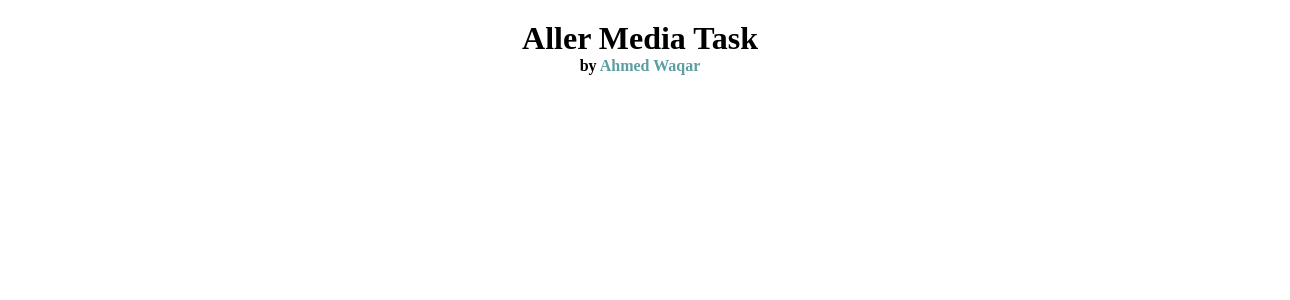
Repository: waqarmalyk/Back-to-front
Page: /
The author's editor kept a copy of each file at every save. The page is drawn from the files as they stood at one save, then again after the next save.
The browser window is 1280 px wide. The page is 1290 px wide, so the pictures cover 1290 px, including what lies to the right of the window. The pictures show the whole page.
The page's requests for data from a server got no answer. The project was rebuilt for these pictures with package versions that can differ from the ones it lists, and the page was loaded fresh each time. No one was signed in, and anything a server would have sent is missing.

Above is the page before, as saved 2022-02-06 11:12:45.

After the next save:
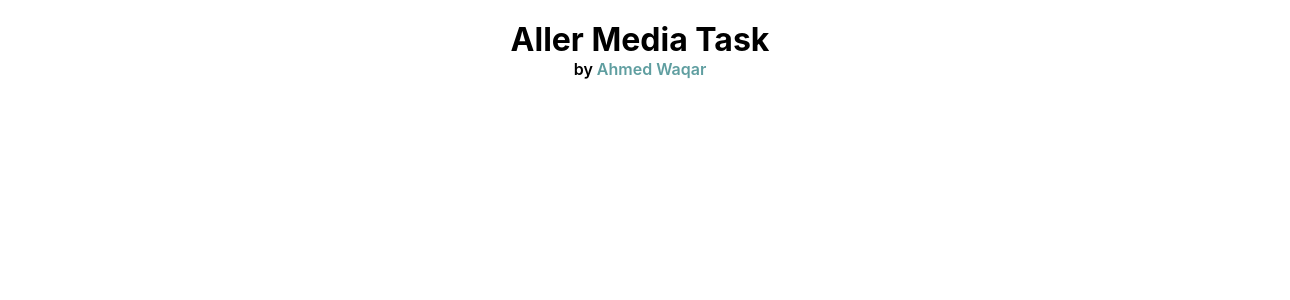
Saved 20 s later.
--- a/src/App.css
+++ b/src/App.css
@@ -4,7 +4,10 @@
   padding: 0;
   box-sizing: border-box;
 }
-
+body {
+  font-family: -apple-system, BlinkMacSystemFont, "Segoe UI", Roboto, Helvetica,
+    Arial, sans-serif, "Apple Color Emoji", "Segoe UI Emoji", "Segoe UI Symbol";
+}
 
 .title {
 text-align: center;
